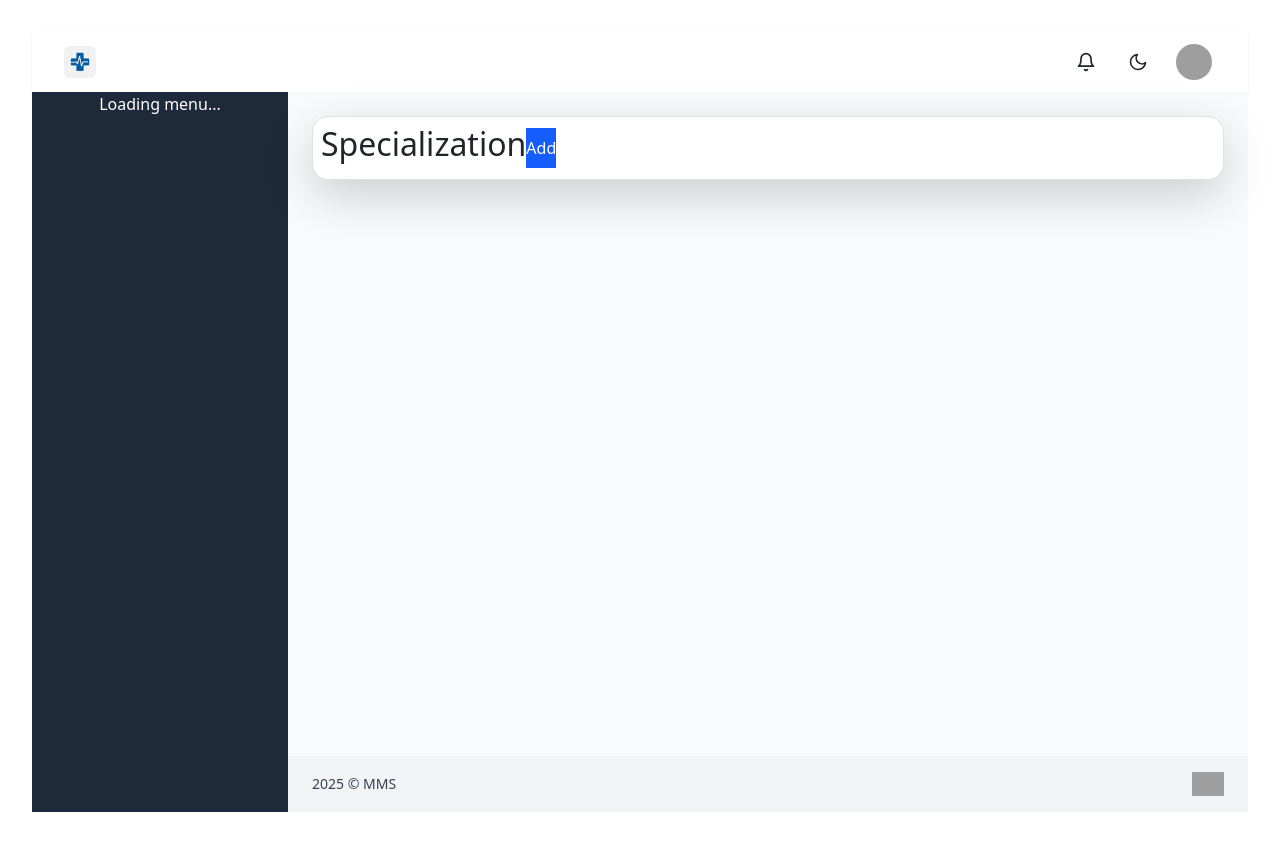
Repository: Giri1103r/Medical_Management_System
Page: /specialization (app in my-app/)
An editor plug-in stored every save of this project. The page is shown before and after a run of saves, followed by the edit.
The browser window is 1280 px wide. The pictures show the whole page.
Pictures or frames that could not be fetched are drawn as grey boxes. The page's requests for data from a server got no answer. The project was rebuilt for these pictures with package versions that can differ from the ones it lists, and the page was loaded fresh each time. No one was signed in, and anything a server would have sent is missing. Also part of the build but not shown: my-app/vite.config.js, my-app/src/Register.jsx, my-app/src/Home.jsx, my-app/src/Login.jsx, my-app/src/layouts/Partial/side_bar.jsx, my-app/src/Dashboard.jsx, my-app/src/api.jsx, my-app/src/Profile.jsx and 2 more.

Above is the page before, as saved 2025-09-19 09:47:56.

### my-app/index.html
<!doctype html>
<html lang="en">
  <head>
    <meta charset="UTF-8" />
    <link rel="icon" type="image/svg+xml" href="" />
    <meta name="viewport" content="width=device-width, initial-scale=1.0" />
  <title>%VITE_APP_NAME%</title>
  </head>
  <body>
    <div id="root"></div>
    <script type="module" src="/src/main.jsx"></script>
  </body>
</html>

### my-app/src/App.jsx
import { BrowserRouter as Router, Routes, Route, NavLink } from "react-router-dom";
import './App.css';
import Register from "./Register";
import Home from "./Home";
import Login from "./Login";
import Dashboard from "./Dashboard";
import Profile from "./Profile";
import { UserProvider } from "./context/UserContext";
import { MasterdataProvider } from "./context/MasterdataContext";
import Leftmenuadd from "./admin/leftmenu/Leftmenuadd";
import SpecializationAdd from "./admin/specialization/SpecializationAdd";
import SpecializationList from "./admin/specialization/SpecializationList";





function App() {
  return (
    <UserProvider>
      <MasterdataProvider>

          <Router>

            <div className="">
              <Routes>

                <Route path="/register" element={<Register />} />
                <Route path="/" element={<Login />} />
                <Route path="/dashboard" element={<Dashboard />} />
                <Route path="/profile" element={<Profile />}></Route>
                <Route path="/leftmenu" element={<Leftmenuadd />}></Route>
                <Route path="/specialization/add" element={<SpecializationAdd/>} />
                <Route path="/specialization" element={<SpecializationList/>} />
              </Routes>
            </div>
          </Router>

      </MasterdataProvider>
    </UserProvider>

  );
}

export default App;

### my-app/src/context/UserContext.jsx
import React, { createContext, useState, useEffect } from "react";
import { jwtDecode } from "jwt-decode";// fixed import for Vite

export const UserContext = createContext();

export const UserProvider = ({ children }) => {
  const [user, setUser] = useState(null);

  useEffect(() => {
    const token = localStorage.getItem("token");
    if (token) {
      try {
        const decoded = JSON.parse(atob(token.split('.')[1]));
        const userId = decoded.id;

        fetch(`/users/${userId}`, {
          headers: { Authorization: `Bearer ${token}` },
        })
          .then(res => res.json())
          .then(data => setUser(data))
          .catch(err => {
            console.error("Failed to fetch user details", err);
            setUser(null);
          });

      } catch (error) {
        console.error("Invalid token", error);
        setUser(null);
      }
    }
  }, []);


  return (
    <UserContext.Provider value={{ user, setUser }}>
      {children}
    </UserContext.Provider>
  );
};

### my-app/src/context/MasterdataContext.jsx
// src/context/MasterdataContext.jsx
import React, { createContext, useState } from "react";
import axios from "axios";

// Only declare once
export const MasterdataContext = createContext();

export const MasterdataProvider = ({ children }) => {
  const [data, setData] = useState({});
  const [loading, setLoading] = useState({});

  const fetchData = async (key, url) => {
    setLoading(prev => ({ ...prev, [key]: true }));
    try {
      const res = await axios.get(url);
      setData(prev => ({ ...prev, [key]: res.data }));
    } catch (err) {
      console.error(`Error fetching ${key}:`, err);
      setData(prev => ({ ...prev, [key]: [] }));
    } finally {
      setLoading(prev => ({ ...prev, [key]: false }));
    }
  };

  return (
    <MasterdataContext.Provider value={{ data, loading, fetchData }}>
      {children}
    </MasterdataContext.Provider>
  );
};

### my-app/src/admin/specialization/SpecializationList.jsx
import React from 'react'
import AdminLayout from '../../layouts/adminLayout';

const SpecializationList = () => {

  return (
    <AdminLayout>
      <div className=" rounded-2xl overflow-hidden shadow-lg bg-white border">

        <div className="p-2 flex items-center">
          <h2 className="text-sm font-bold text-gray-800">Specialization</h2>
          <button className='float-end  me-2 py-2  bg-blue-600 text-white rounded-lg hover:bg-blue-700'>Add</button>
        </div>
      </div>

    </AdminLayout>
  )
}

export default SpecializationList

### my-app/src/layouts/adminLayout.jsx
import React from "react";
import Header from "./Partial/header";
import Footer from "./Partial/footer";
import LeftMenu from "./Partial/left_menu";

const AdminLayout = ({ title, children }) => {
  return (
    <div id="wrapper" className="flex flex-col min-h-screen w-full">

      <Header title={title} />


      <div className="flex flex-grow w-full">

        <aside className="w-64 bg-gray-800 text-white min-h-screen">
          <LeftMenu />
        </aside>


        <main className="flex-grow flex flex-col bg-gray-50">
          <div className="flex-grow p-4">{children}</div>

          {/* Footer at the bottom */}
          <Footer />
        </main>
      </div>
    </div>
  );
};

export default AdminLayout;

### my-app/src/layouts/Partial/header.jsx
// Header.jsx
import React, { useContext, useEffect, useState } from "react";
import { Bell, Menu, LogOut, User,Sun,Moon } from "react-feather";
import { UserContext } from "../../context/UserContext";
import { useNavigate } from "react-router-dom";

const Header = ({ notifications, user, onLogout, title }) => {
  const [unreadCount, setUnreadCount] = useState(null);
  const [darkmode , setDarkmode] = useState(localStorage.getItem("theme")==="dark");

  useEffect(() =>{
    if(darkmode){
      document.documentElement.classList.add("dark");
      localStorage.setItem("theme","dark");
    }else {
      document.documentElement.classList.remove("dark");
      localStorage.setItem("theme", "light");
    }
  },[darkmode]);
  const navigate = useNavigate();
  const { setUser } = useContext(UserContext);

  const markAllRead = () => {
    setUnreadCount(0);
  };

  const OnLogout = () => {
    localStorage.removeItem("token");
    if (setUser) setUser(null);
    navigate("/");
  };

  return (
    <header className="flex items-center justify-between px-4 py-2 shadow-sm bg-white">
      {/* Left: Logo and Title */}
      <div className="flex items-center">
        {/* Mobile menu button */}
        <button className="lg:hidden p-2 mr-2 border rounded bg-gray-100">
          <Menu size={20} />
        </button>

        {/* Logo */}
        <a href="/dashboard" className="flex items-center">
          <img src="/images/logo.png" alt="logo" className="mx-2 h-8 w-8 rounded" />
        </a>

        {/* Page title */}
        <h5 className="ml-3 text-lg font-medium">{title}</h5>
      </div>

      {/* Right: Notifications & Profile */}
      <div className="flex items-center space-x-4">
        {/* Notification */}
        <div className="relative">
          <button
            className="relative p-2 rounded hover:bg-gray-100"
            onClick={markAllRead}
          >
            <Bell size={20} />
            {unreadCount > 0 && (
              <span className="absolute top-0 right-0 inline-flex items-center justify-center px-1.5 py-0.5 text-xs font-bold leading-none text-white bg-red-600 rounded-full transform translate-x-1/2 -translate-y-1/2">
                {unreadCount}
              </span>
            )}
          </button>
          {/* Dropdown menu */}
          <div className="absolute right-0 mt-2 w-72 bg-white border rounded shadow-lg z-50 hidden group-hover:block">
            <div className="px-4 py-2 flex justify-between items-center border-b">
              <span className="font-semibold">Notifications</span>
              {unreadCount > 0 && (
                <span
                  className="text-blue-500 text-sm cursor-pointer"
                  onClick={markAllRead}
                >
                  Mark all read
                </span>
              )}
            </div>
            {/* Optional notifications list */}
            <div className="max-h-60 overflow-y-auto"></div>
            <div className="text-center border-t py-2">
              <a
                href="/notifications"
                className="text-blue-500 text-sm hover:underline"
              >
                View all
              </a>
            </div>
          </div>
        </div>

        {/* For Theme dark and light */}

        <div className="relative">
         <button className="  p-2 rounded hover:bg-gray-100 dark:hover:bg-gray-800" onClick={() => setDarkmode(!darkmode)}
         >
          {darkmode? <Sun size={20} /> : <Moon size={20} />}
         </button>

        </div>

        {/* Profile */}
        <div className="relative group">
          <button className="flex items-center p-1 rounded hover:bg-gray-100">
            <img
              src={user?.avatar || "/logo192.png"}
              alt="avatar"
              className="h-9 w-9 rounded-full mr-2"
            />
          </button>

          {/* Dropdown menu */}
          <div className="absolute right-0 mt-2 w-48 bg-white border rounded shadow-lg z-50 hidden group-hover:block">
            <div className="px-4 py-2 border-b">{user?.name}</div>
            <a
              href="/profile"
              className="flex items-center px-4 py-2 text-gray-700 hover:bg-gray-100"
            >
              <User size={16} className="mr-2" /> My Account
            </a>
            <div className="border-t"></div>
            <button
              onClick={onLogout || OnLogout}
              className="flex items-center w-full px-4 py-2 text-gray-700 hover:bg-gray-100"
            >
              <LogOut size={16} className="mr-2" /> Logout
            </button>
          </div>
        </div>
      </div>
    </header>
  );
};

export default Header;

### my-app/src/layouts/Partial/footer.jsx
import React from "react";

const Footer = () => {
  return (
    <footer className="bg-gray-100 py-3 mt-auto">
      <div className="container mx-auto px-4">
        <div className="flex flex-col md:flex-row justify-between items-center">
          {/* Left Side */}
          <div className="text-gray-700 text-sm">
            {new Date().getFullYear()} &copy; {import.meta.env.VITE_APP_NAME}
          </div>


          <div className="hidden sm:flex items-center space-x-2 text-sm text-gray-600">

            <img
              src="/assets/images/neoehs.svg"
              className="h-6" // 25px approx
              alt=""
            />
          </div>
        </div>
      </div>
    </footer>

  );
};

export default Footer;

### my-app/src/layouts/Partial/left_menu.jsx
import React, { useEffect, useState } from 'react'
import  SidebarMenu from "./side_bar";

const left_menu = () => {
    const [menuData, setMenuData] = useState([]);

    useEffect(() => {
        fetch("http://localhost:5000/api/leftmenus/getmenus")
            .then(response => response.json())
            .then(data => setMenuData(data))
            .catch(error => console.error('Error fetching menu data:', error));
    }, []);

    return (
        <div>
            {menuData.length > 0 ? (
                <SidebarMenu menuData={menuData} />
            ) : (
                <p>Loading menu...</p>
            )}
        </div>
    )
}

export default left_menu

Loaded but not shown: my-app/src/main.jsx (common file); my-app/src/index.css (common file); my-app/src/App.css (common file)

After the next 2 saves:
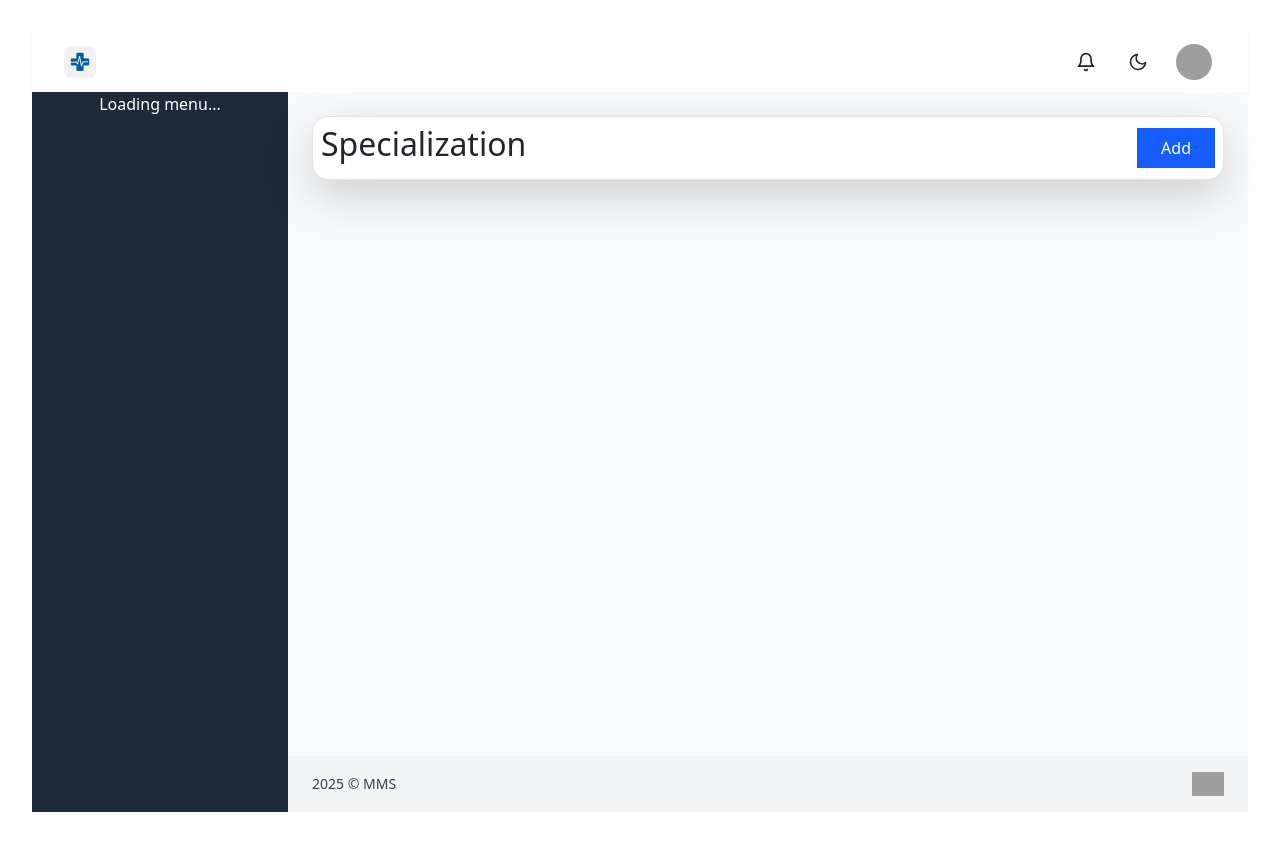
The 2 saves are shown as one change because they came seconds apart.
The last was saved 35 s later.
--- a/my-app/src/admin/specialization/SpecializationList.jsx
+++ b/my-app/src/admin/specialization/SpecializationList.jsx
@@ -5,13 +5,15 @@ const SpecializationList = () => {
 
   return (
     <AdminLayout>
-      <div className=" rounded-2xl overflow-hidden shadow-lg bg-white border">
-
-        <div className="p-2 flex items-center">
+      <div className="rounded-2xl overflow-hidden shadow-lg bg-white border">
+        <div className="p-2 flex items-center justify-between">
           <h2 className="text-sm font-bold text-gray-800">Specialization</h2>
-          <button className='float-end  me-2 py-2  bg-blue-600 text-white rounded-lg hover:bg-blue-700'>Add</button>
+          <button className="px-4 py-2 bg-blue-600 text-white rounded-lg hover:bg-blue-700">
+            Add
+          </button>
         </div>
       </div>
+
 
     </AdminLayout>
   )
